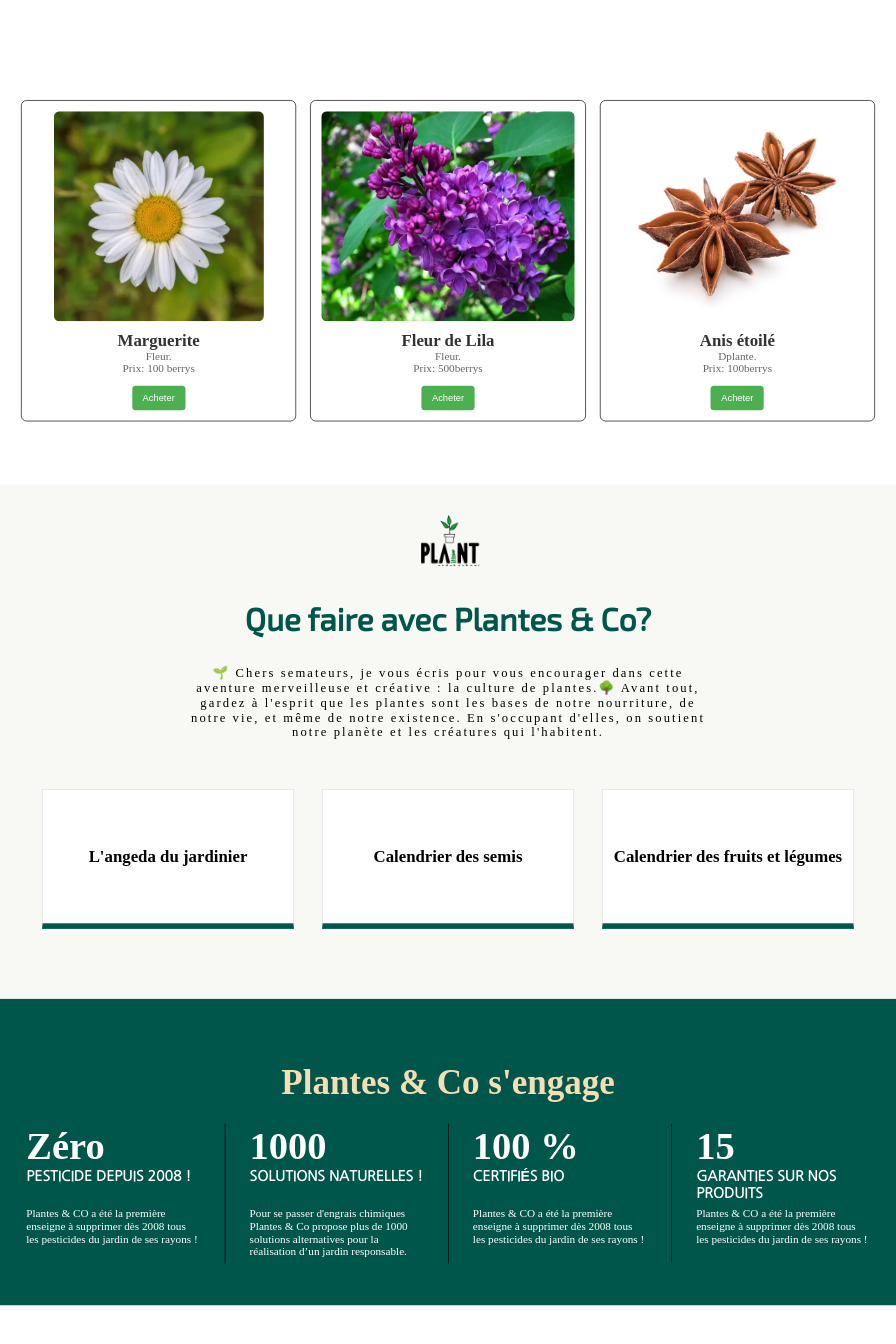
Repository: Flexo874/ISITECH-HTML-CSS
Page: index.html
An editor plug-in stored every save of this project. The page is shown before and after the next save, followed by the edit.
The browser window is 1280 px wide. The pictures show the part of the page from y = 1370 to 3290 px (the page is 3290 px tall), at 70% of full size.
Some web fonts or font styles are not loaded; a fallback is used.

Above is the page before, as saved 2024-01-04 10:11:06.

After the next save:
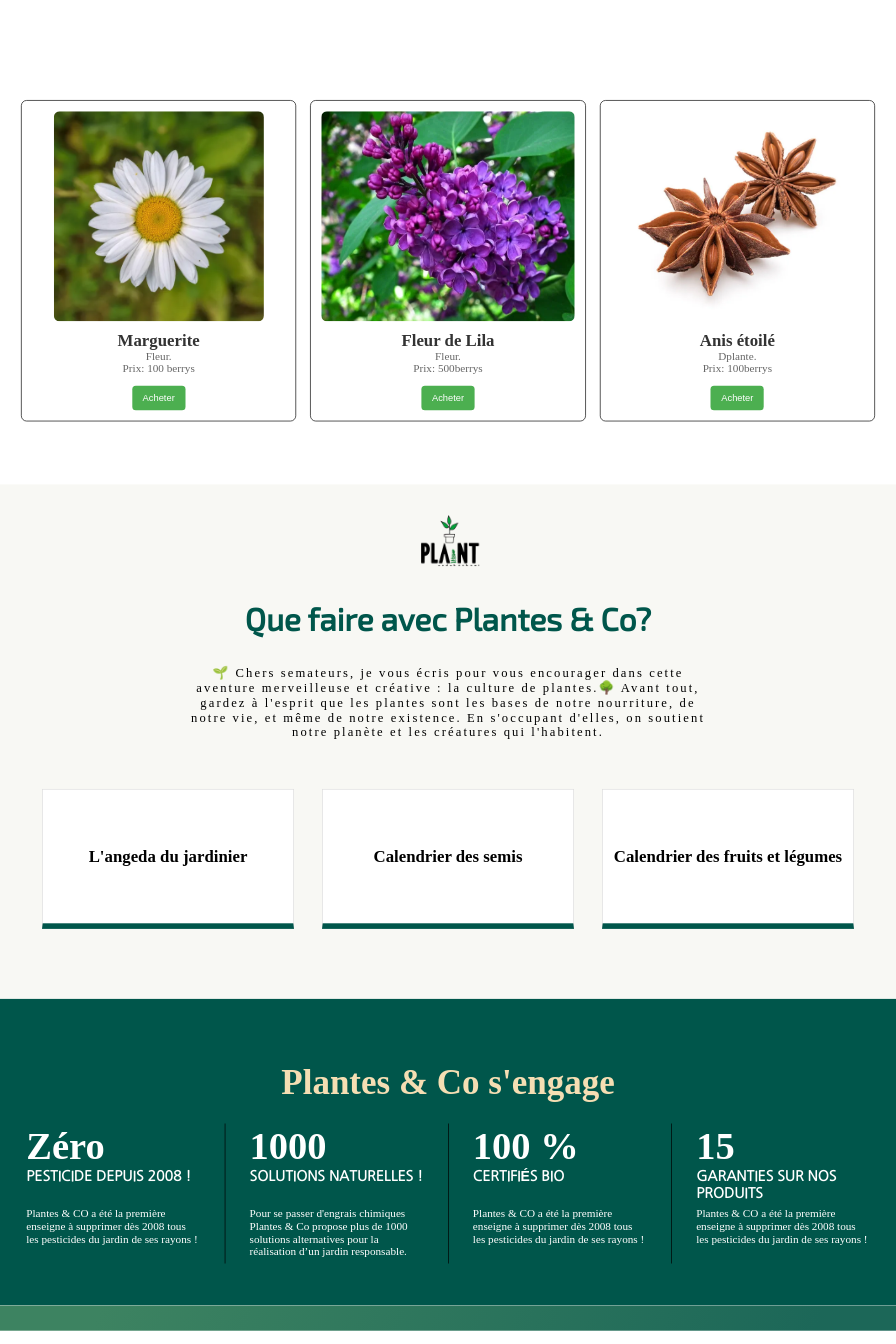
Saved 54 s later.
--- a/index.html
+++ b/index.html
@@ -151,7 +151,10 @@
 
     <footer class="reseaux">
        <ul>
-
+        <li><a href=""></a></li>
+        <li><a href=""></a></li>
+        <li><a href=""></a></li>
+        <li><a href=""></a></li>
        </ul>
     </footer>
 
